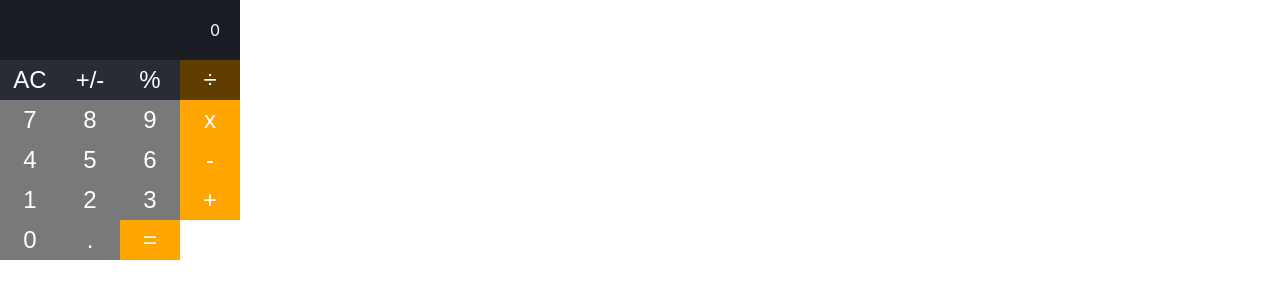
Repository: catsarenotreal/CalculatorWebApp
Page: /
These files come from the project's save history. The page is drawn as it stood at one moment and after the next save; the edit follows.
The browser window is 1280 px wide. The pictures show the whole page.
The first visible `.Buttons.orange` is being pressed.
The project was rebuilt for these pictures with package versions that can differ from the ones it lists, and the page was loaded fresh each time.

Above is the page before, as saved 2024-08-26 13:16:32.

After the next save:
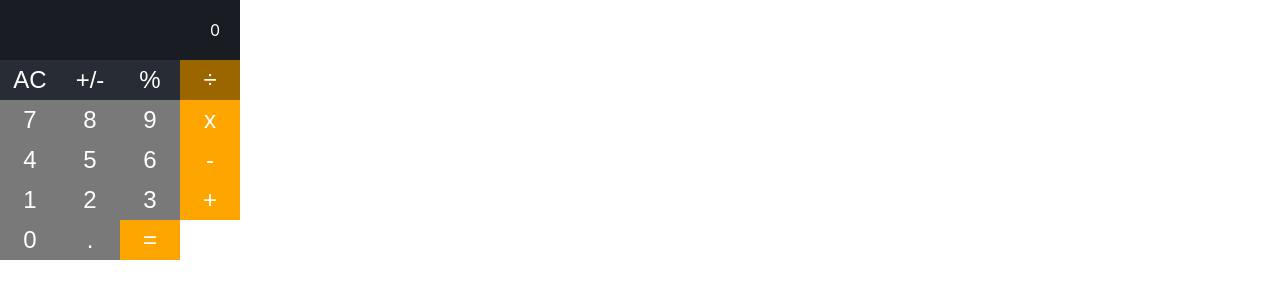
Saved 2 min 26 s later.
--- a/src/App.css
+++ b/src/App.css
@@ -46,7 +46,7 @@
 }
 
 .Buttons.orange:active{
-  background-color: rgb(95, 62, 0);
+  background-color: rgb(155, 101, 0);
 }
 
 .Buttons.lightgrey{
@@ -54,7 +54,7 @@
 }
 
 .Buttons.lightgrey:active{
-  background-color: #363636;
+  background-color: #4f4f4f;
 }
 
 .Buttons.darkgrey{
